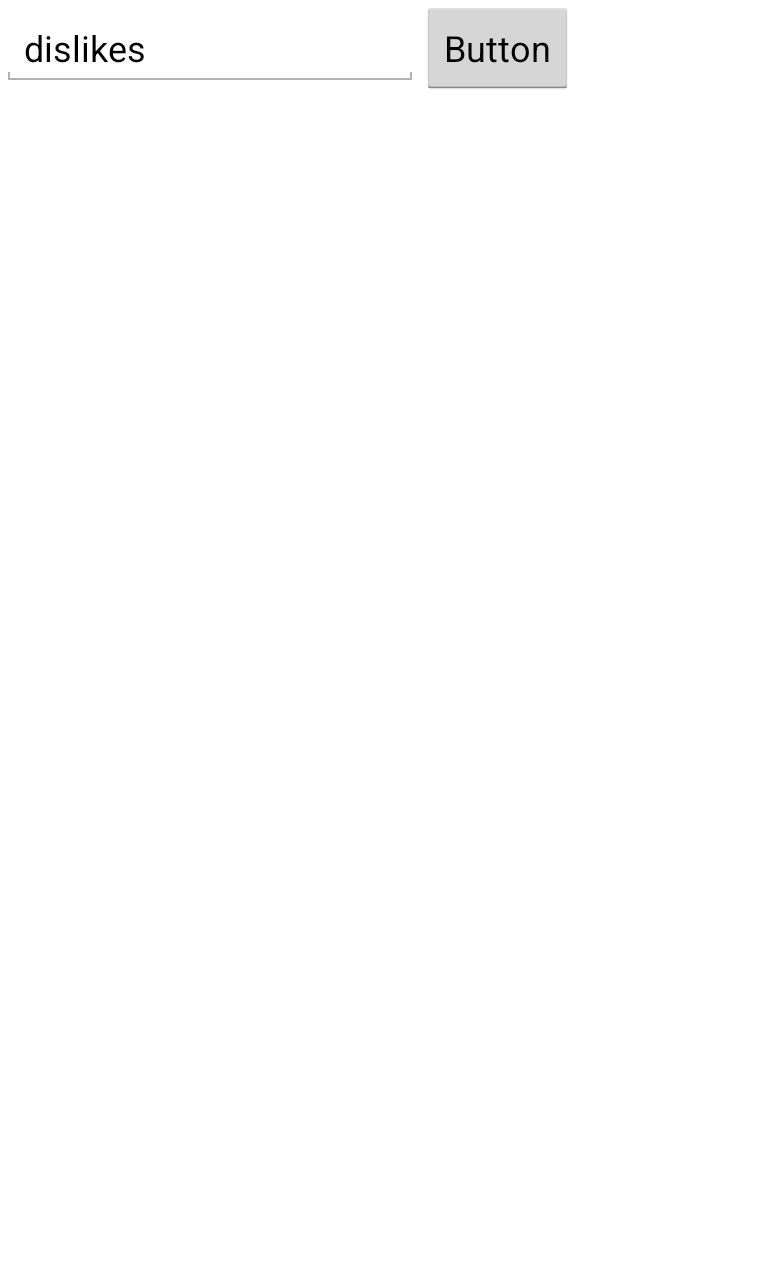
Repository: arthurbryant/android
Layout: Banana/res/layout/activity_main.xml
These files come from the project's save history. The layout is drawn as it stood at one moment and after the next save; the edit follows.
It is drawn on a 768 x 1280 px phone screen (xhdpi) without system bars, with theme AppTheme; the app's code is not run.

Above is the layout before, as saved 2013-05-11 06:01:59.

After the next save:
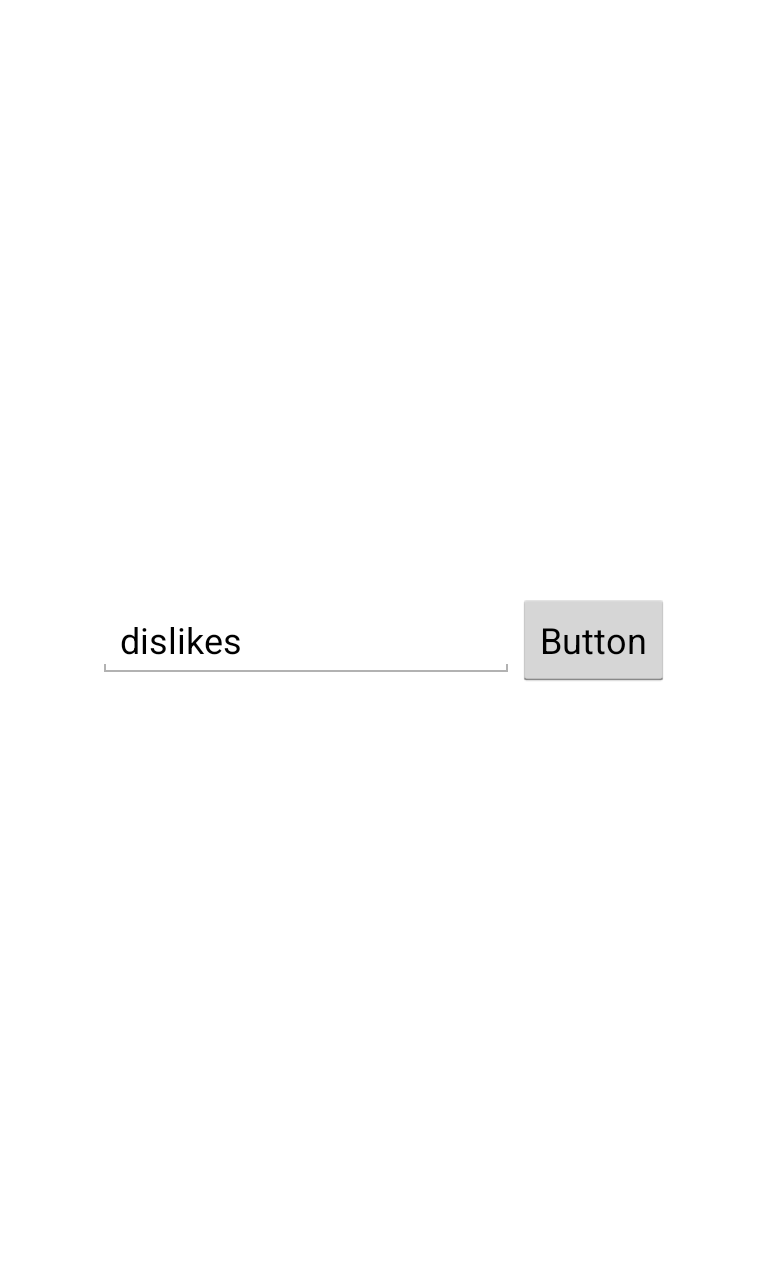
Saved 3 min 24 s later.
--- a/Banana/res/layout/activity_main.xml
+++ b/Banana/res/layout/activity_main.xml
@@ -8,7 +8,8 @@
         android:id="@+id/searchArea"
         android:layout_width="wrap_content"
         android:layout_height="wrap_content"
-        android:layout_gravity="center"
+        android:layout_centerHorizontal="true"
+        android:layout_centerVertical="true"
         >
 
     <AutoCompleteTextView
